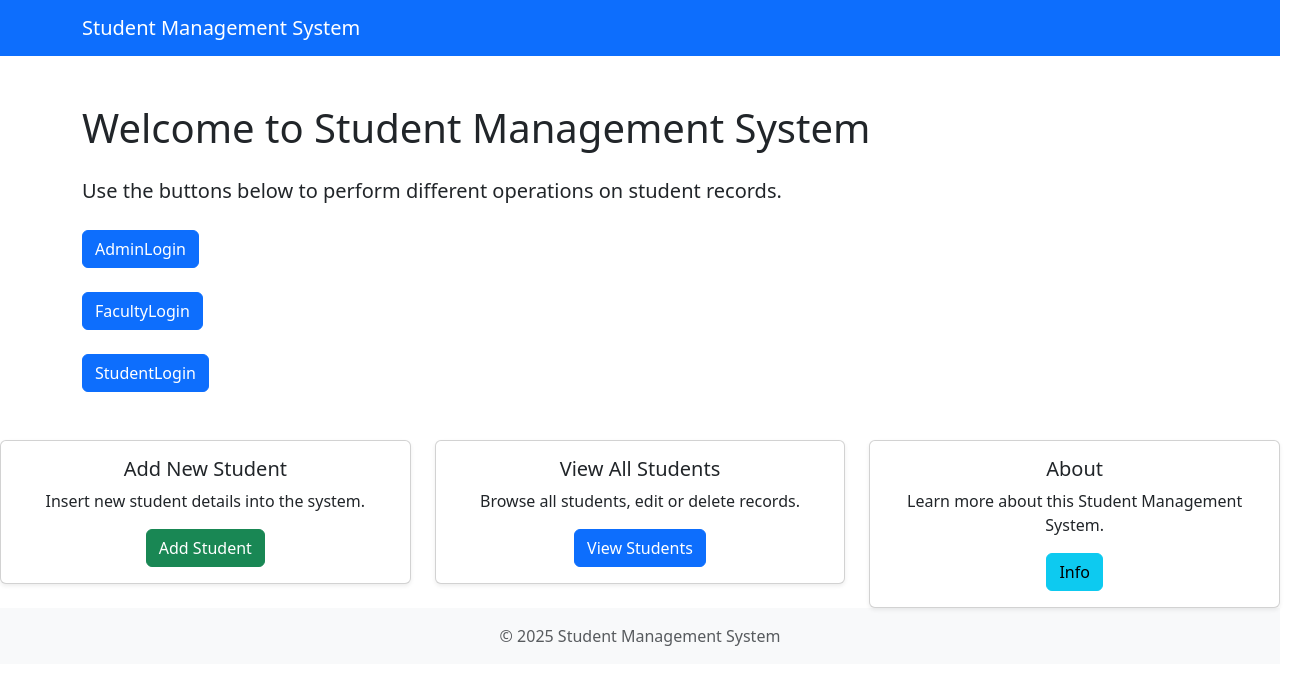
Repository: BorudePiyush/StudentMANAGEMENTSystem-using-java
Page: http://localhost/Student_management_systems/
The author's editor kept a copy of each file at every save. The page is drawn from the files as they stood at one save, then again after the next save.
The browser window is 1280 px wide. The page is 1292 px wide, so the pictures cover 1292 px, including what lies to the right of the window. The pictures show the whole page.
The page is served by Tomcat 10. Other server files are loaded and not shown.

Above is the page before, as saved 2025-06-07 07:49:51.

### Student management systems/src/main/webapp/index.html
<!DOCTYPE html>
<html lang="en">
<head>
<meta charset="ISO-8859-1">
 <meta charset="UTF-8" />
  <meta name="viewport" content="width=device-width, initial-scale=1" />
  <title>Student Management System - Dashboard</title>
  <link
    href="https://cdn.jsdelivr.net/npm/bootstrap@5.3.2/dist/css/bootstrap.min.css"
    rel="stylesheet"
  />
</head>
<body>
  <nav class="navbar navbar-expand-lg navbar-dark bg-primary">
    <div class="container">
      <a class="navbar-brand" href="#">Student Management System</a>
    </div>
  </nav>

  <div class="container mt-5">
    <h1 class="mb-4">Welcome to Student Management System</h1>
    <p class="lead">
      Use the buttons below to perform different operations on student records.
    </p>
    </div>


<div class="container mt-4">
    <a href="AdminLogin" class="btn btn-primary">AdminLogin</a>
    </div>
    <div class="container mt-4">
    <a href="FacultyLogin" class="btn btn-primary">FacultyLogin</a>
    </div>
    <div class="container mt-4">
    <a href="StudentLogin" class="btn btn-primary">StudentLogin</a>
    </div>


    <div class="row g-4 mt-4">
      <div class="col-md-4">
        <div class="card shadow-sm">
          <div class="card-body text-center">
            <h5 class="card-title">Add New Student</h5>
            <p class="card-text">Insert new student details into the system.</p>
            <a href="AddStudent.jsp" class="btn btn-success">Add Student</a>
          </div>
        </div>
      </div>

      <div class="col-md-4">
        <div class="card shadow-sm">
          <div class="card-body text-center">
            <h5 class="card-title">View All Students</h5>
            <p class="card-text">Browse all students, edit or delete records.</p>
            <a href="ViewStudentsServlet" class="btn btn-primary">View Students</a>
          </div>
        </div>
      </div>

      <div class="col-md-4">
        <div class="card shadow-sm">
          <div class="card-body text-center">
            <h5 class="card-title">About</h5>
            <p class="card-text">Learn more about this Student Management System.</p>
            <a href="#" class="btn btn-info" onclick="alert('This is a simple Java Servlet + JSP Student Management System project.')">Info</a>
          </div>
        </div>
      </div>
    </div>
  </div>

  <footer class="footer mt-auto py-3 bg-light text-center">
    <div class="container">
      <span class="text-muted">&copy; 2025 Student Management System</span>
    </div>
  </footer>

</body>
</html>

After the next save:
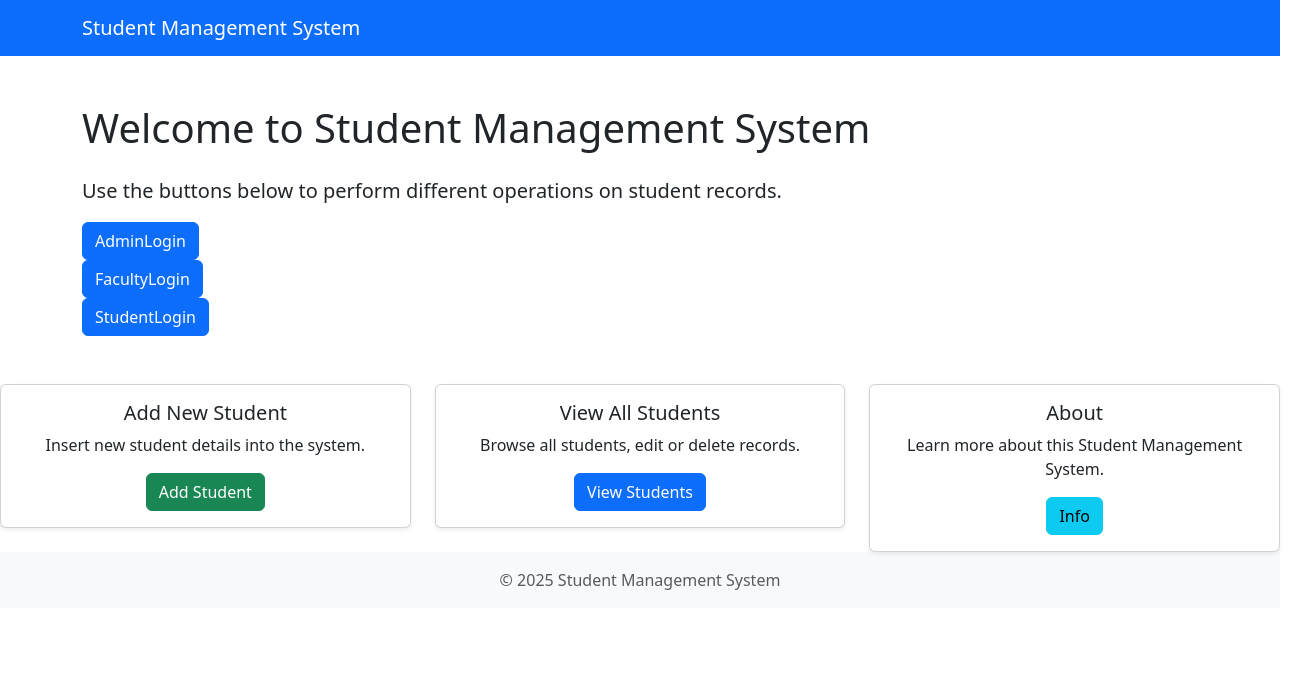
Saved 3 h 11 min later.
--- a/Student management systems/src/main/webapp/index.html
+++ b/Student management systems/src/main/webapp/index.html
@@ -25,13 +25,13 @@
     </div>
 
 
-<div class="container mt-4">
+<div class="container">
     <a href="AdminLogin" class="btn btn-primary">AdminLogin</a>
     </div>
-    <div class="container mt-4">
+    <div class="container">
     <a href="FacultyLogin" class="btn btn-primary">FacultyLogin</a>
     </div>
-    <div class="container mt-4">
+    <div class="container">
     <a href="StudentLogin" class="btn btn-primary">StudentLogin</a>
     </div>
 
